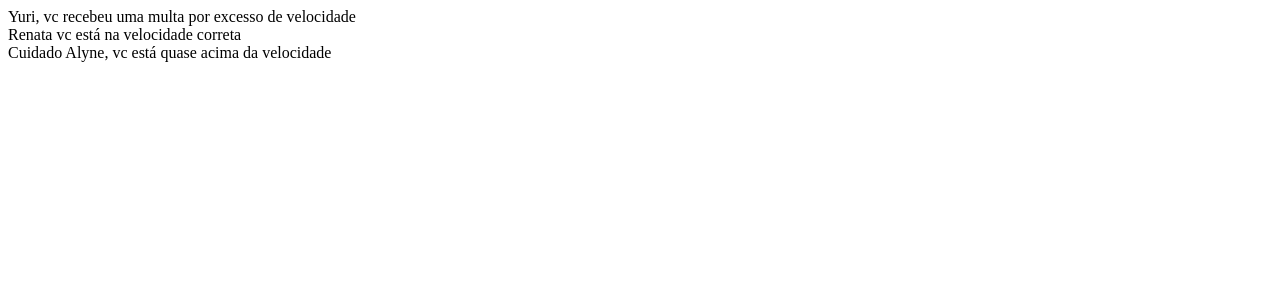
Repository: YuriSarmanho/PHPcourse
Page: http://localhost/6_estruturaControle/11_exercicio26/index.php
These files come from the project's save history. The page is drawn as it stood at one moment and after the next save; the edit follows.
The browser window is 1280 px wide. The pictures show the whole page.
The page is run by PHP 8.4 with error messages shown; the project is at /var/www/html/.

Above is the page before, as saved 2022-08-06 22:00:42.

### 6_estruturaControle/11_exercicio26/index.php
<?php

function radar($nome, $velocidade)
{
    if ($velocidade < 40) {
        echo "$nome vc está na velocidade correta <br>";
    } else if ($velocidade == 40) {
        echo "Cuidado $nome, vc está quase acima da velocidade <br>";
    } else {
        echo "$nome, vc recebeu uma multa por excesso de velocidade <br>";
    }
}

radar("Yuri", 60);
radar("Renata", 30);
radar("Alyne", 40);

After the next save:
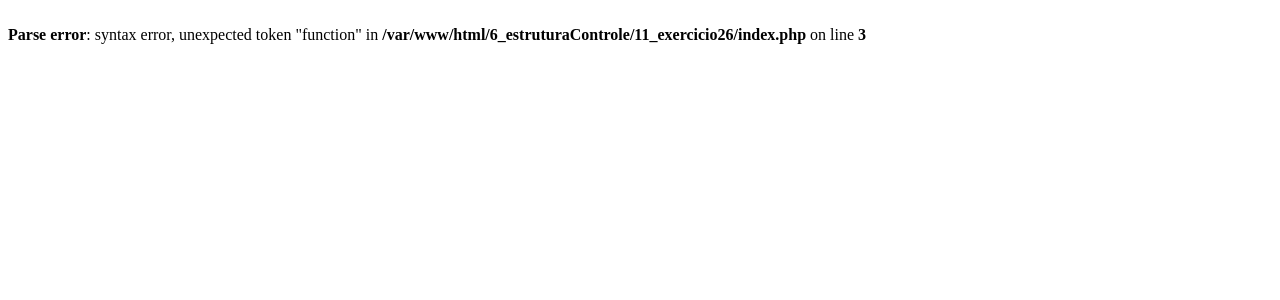
Saved 110 s later.
--- a/6_estruturaControle/11_exercicio26/index.php
+++ b/6_estruturaControle/11_exercicio26/index.php
@@ -1,5 +1,5 @@
 <?php
-
+$velo
 function radar($nome, $velocidade)
 {
     if ($velocidade < 40) {

After the 3 saves that followed:
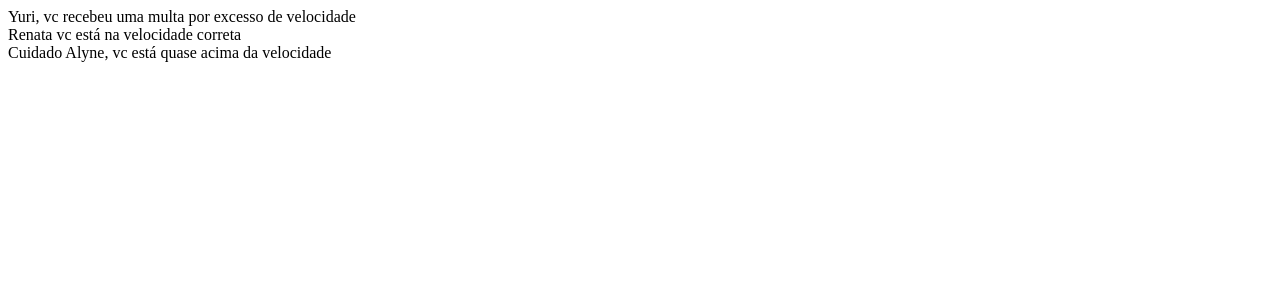
The 3 saves are shown as one change because they came seconds apart.
The last was saved 7 s later.
--- a/6_estruturaControle/11_exercicio26/index.php
+++ b/6_estruturaControle/11_exercicio26/index.php
@@ -1,5 +1,5 @@
 <?php
-$velo
+$veloMax = 40;
 function radar($nome, $velocidade)
 {
     if ($velocidade < 40) {
